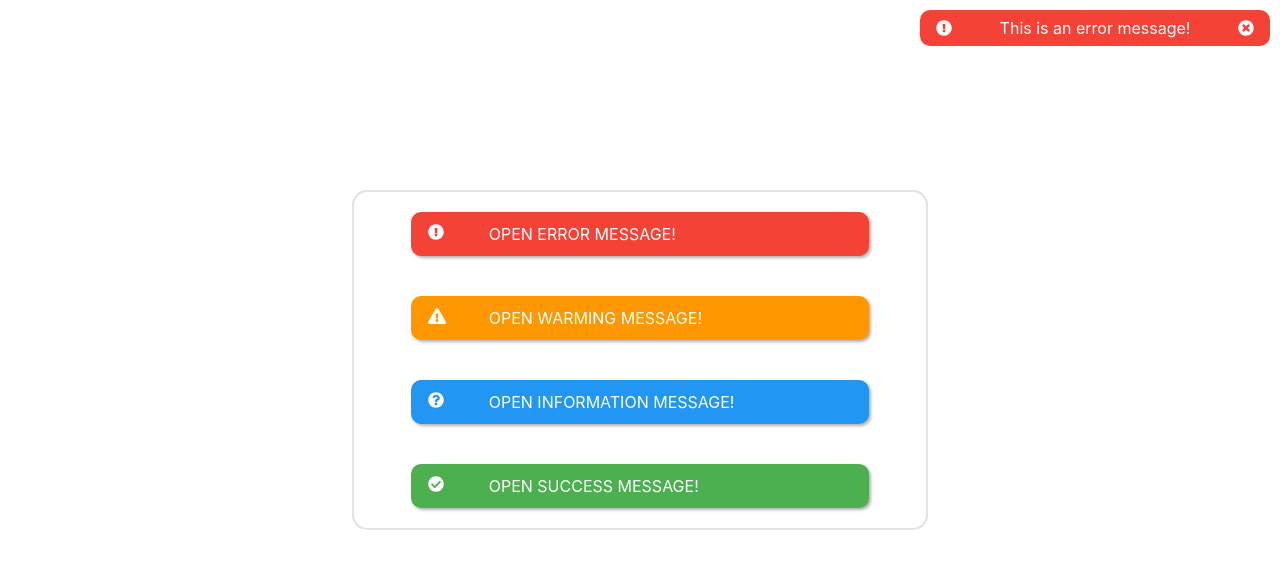
Repository: KrzysKolo/sr_tydzien5_zad2
Page: /, after clicking the first element matching `div.btn`
An editor plug-in stored every save of this project. The page is shown before and after the next save, followed by the edit.
The browser window is 1280 px wide. The pictures show the whole page.
The project was rebuilt for these pictures with package versions that can differ from the ones it lists, and the page was loaded fresh each time.

Above is the page before, as saved 2020-12-28 05:35:24.

After the next save:
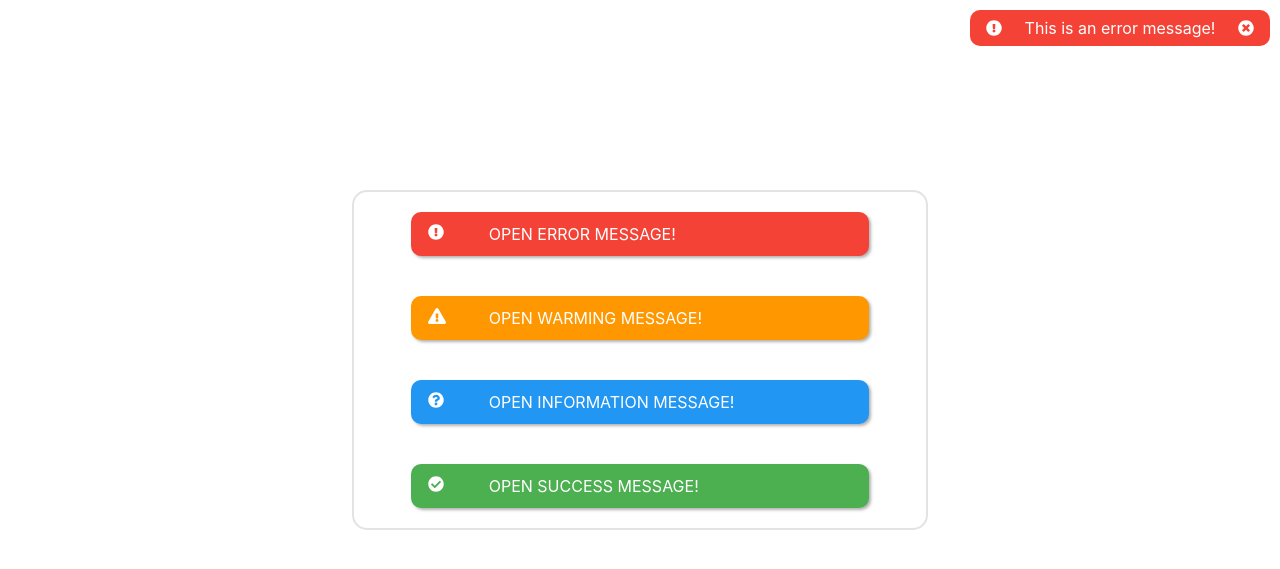
Saved 16 s later.
--- a/src/App.css
+++ b/src/App.css
@@ -37,7 +37,7 @@ body {
   padding: 10px 16px;
   border-radius: 10px;
   width: 20%;
-  min-width: 350px;
+  min-width: 300px;
   display: flex;
   flex-direction: row;
   justify-content: space-between;
